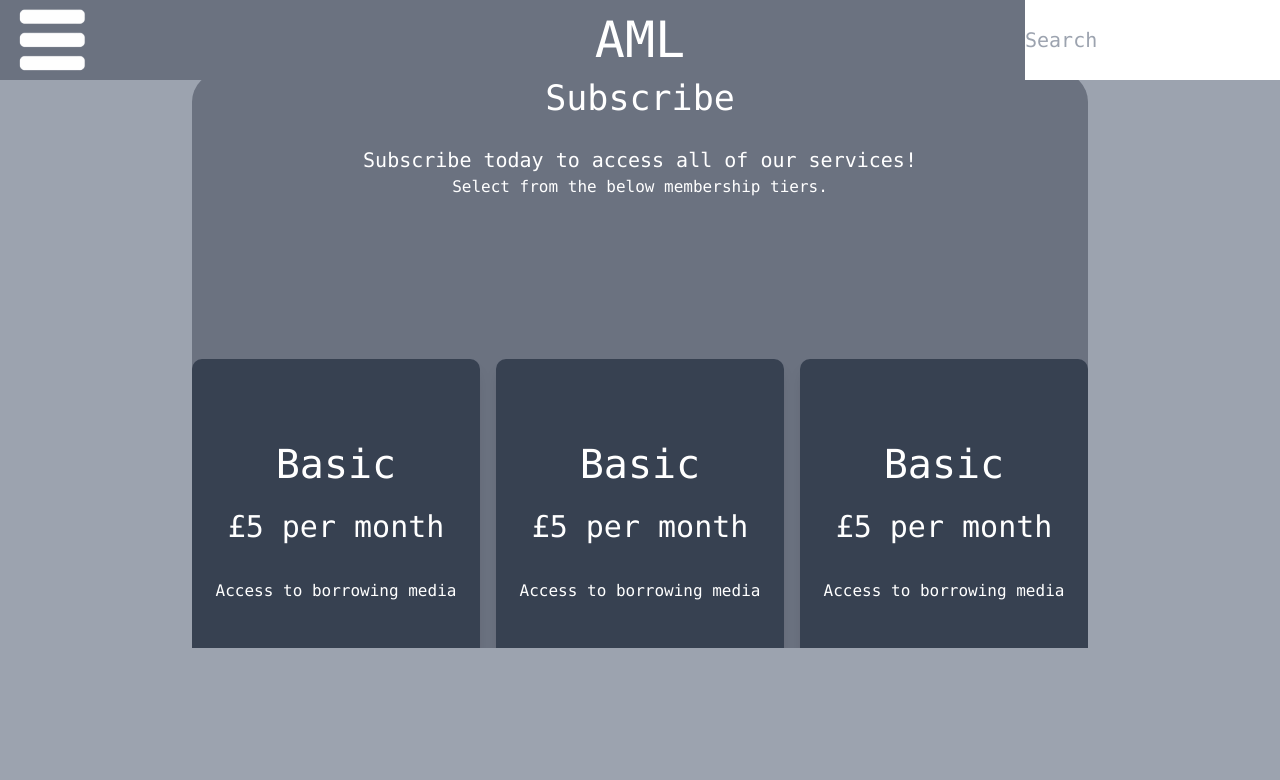
Repository: DuyKhanhDo/AML-Concept
Page: http://localhost/subscribe
These files come from the project's save history. The page is drawn as it stood at one moment and after the next save; the edit follows.
The browser window is 1280 px wide. The pictures show the whole page.
Some web libraries are served in a nearby version. The page is served by the project's Laravel application, run on PHP 8.4 with Laravel 12. A made-up administrator, Test User (test@example.com), is signed in.

Above is the page before, as saved 2024-11-11 13:03:25.

After the next save:
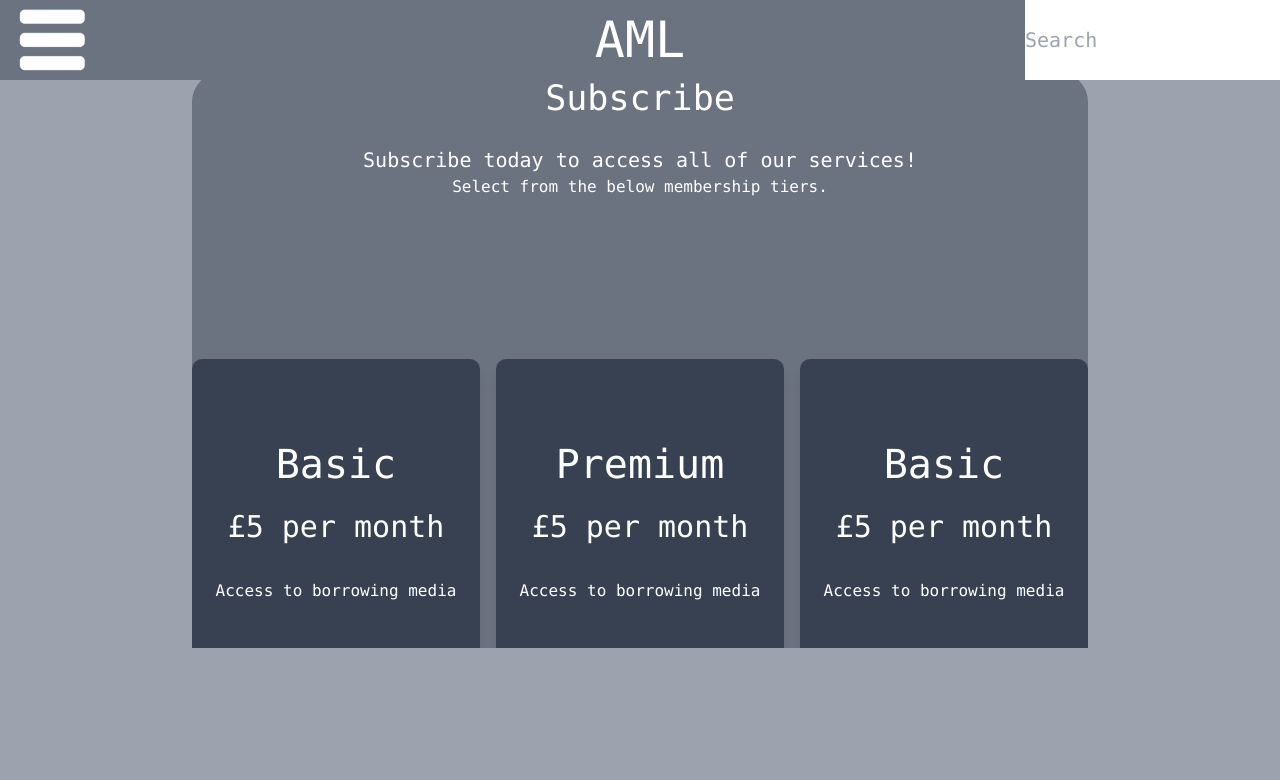
Saved 11 s later.
--- a/resources/views/subscribe.blade.php
+++ b/resources/views/subscribe.blade.php
@@ -7,7 +7,7 @@
                 <h5>Select from the below membership tiers.</h5>
                 <div class="flex overflow-x-auto w-full space-x-4 justify-center">
                     <x-subscription-tier tier='Basic' price='£5' benefits='Access to borrowing media'></x-subscription-tier>
-                    <x-subscription-tier tier='Basic' price='£5' benefits='Access to borrowing media'></x-subscription-tier>
+                    <x-subscription-tier tier='Premium' price='£5' benefits='Access to borrowing media'></x-subscription-tier>
                     <x-subscription-tier tier='Basic' price='£5' benefits='Access to borrowing media'></x-subscription-tier>
                 </div>
             </div>
